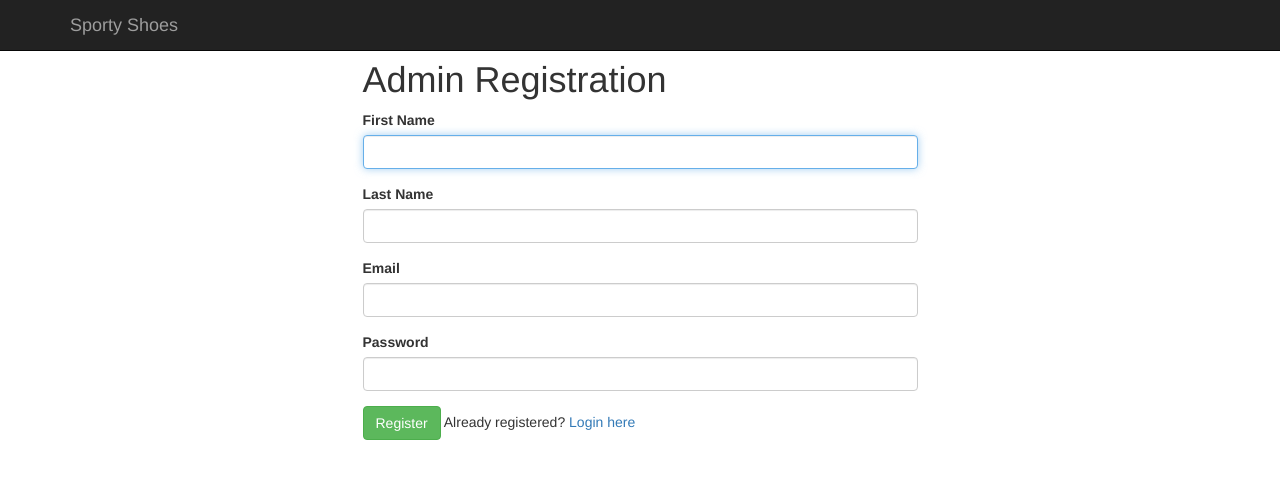
Repository: Niks4u2/SportyShoes
Page: http://localhost/adminregistration
These files come from the project's save history. The page is drawn as it stood at one moment and after the next save; the edit follows.
The browser window is 1280 px wide. The pictures show the whole page.
The page is this project's Thymeleaf template; nobody is signed in. The template is opened directly, without the code that normally fills it, so the values that code supplies are empty.

Above is the page before, as saved 2021-11-07 17:44:18.

After the next save:
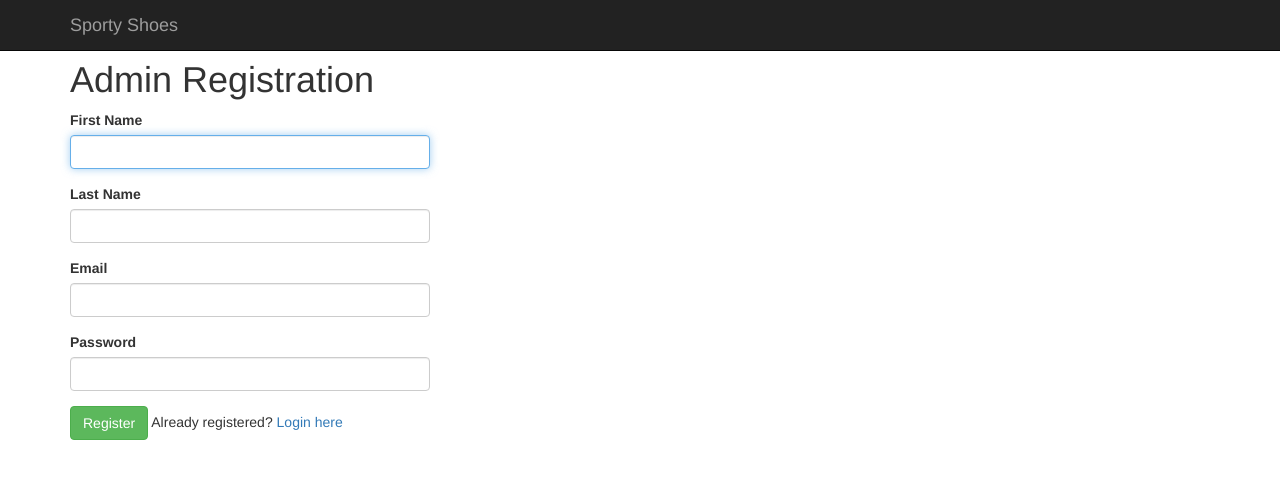
Saved 36 s later.
--- a/Source Code/sporty-shoes/src/main/resources/templates/adminregistration.html
+++ b/Source Code/sporty-shoes/src/main/resources/templates/adminregistration.html
@@ -31,7 +31,8 @@
 	<!-- Create HTML registration form -->
 	<div class="container">
 		<div class="row">
-			<div class="col-md-6 col-md-offset-3">
+					    <div class="col"></div>
+			<div class="col-md-4">
 
 				<!-- success message -->
 				<div th:if="${param.success}">
@@ -73,6 +74,7 @@
 					</div>
 				</form>
 			</div>
+						    <div class="col"></div>
 		</div>
 	</div>
 </body>
